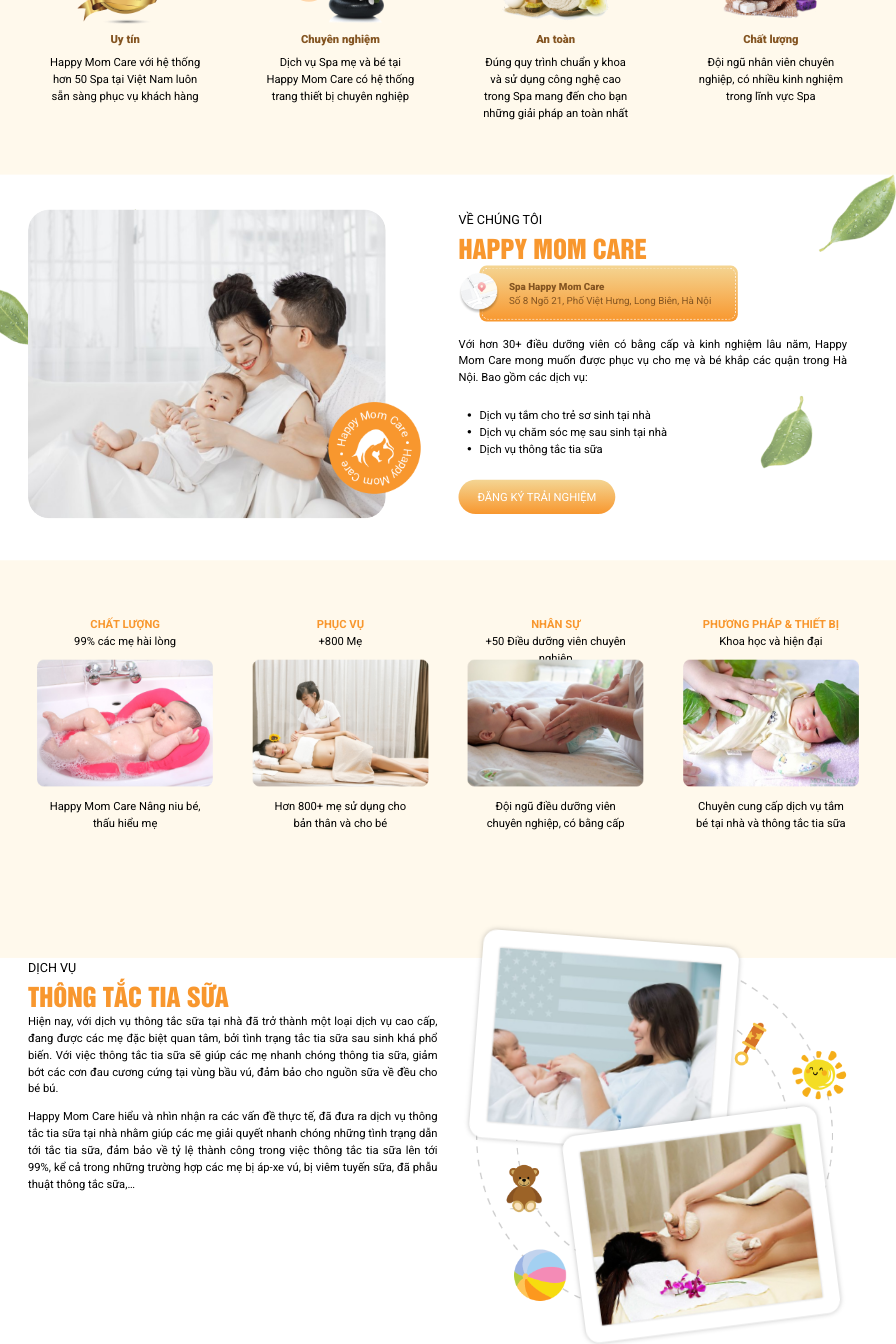
Repository: haianh12082001/happymom
Page: index.html
An editor plug-in stored every save of this project. The page is shown before and after the next save, followed by the edit.
The browser window is 1280 px wide. The pictures show the part of the page from y = 869 to 2789 px (the page is 2789 px tall), at 70% of full size.
Some web libraries are served in a nearby version. The style sheet was rebuilt from its Sass, Less or Tailwind sources for each picture, by a compiler version that may differ from the author's.

Above is the page before, as saved 2021-11-16 10:09:52.

After the next save:
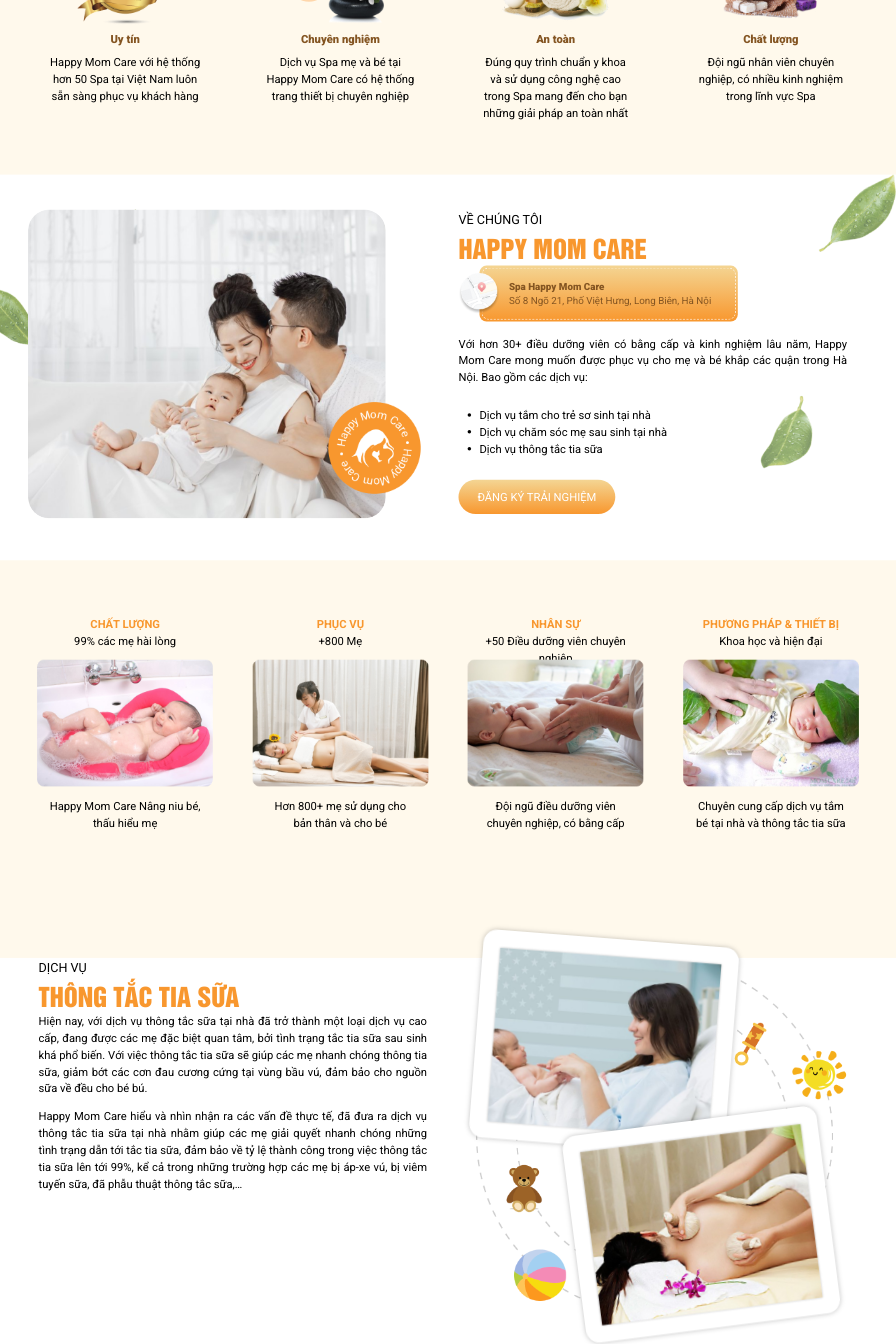
Saved 97 s later.
--- a/assets/sass/_service.scss
+++ b/assets/sass/_service.scss
@@ -16,6 +16,9 @@
     }
 }
 .serviceOne {
+    &__left {
+        padding: 0 30px;
+    }
     &__right {
         padding: 0 40px;
         position: relative;
